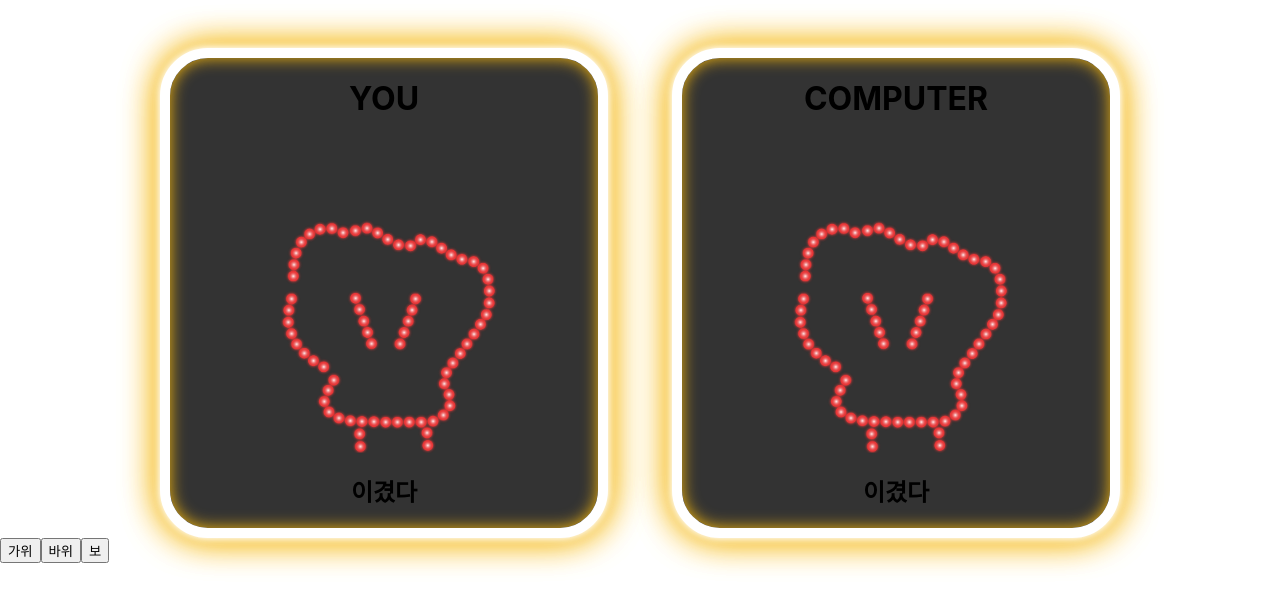
Repository: KIMMIHYE12/classComponent
Page: /
The author's editor kept a copy of each file at every save. The page is drawn from the files as they stood at one save, then again after the next save.
The browser window is 1280 px wide. The pictures show the whole page.
The project was rebuilt for these pictures with package versions that can differ from the ones it lists, and the page was loaded fresh each time.

Above is the page before, as saved 2024-03-18 21:02:43.

After the next save:
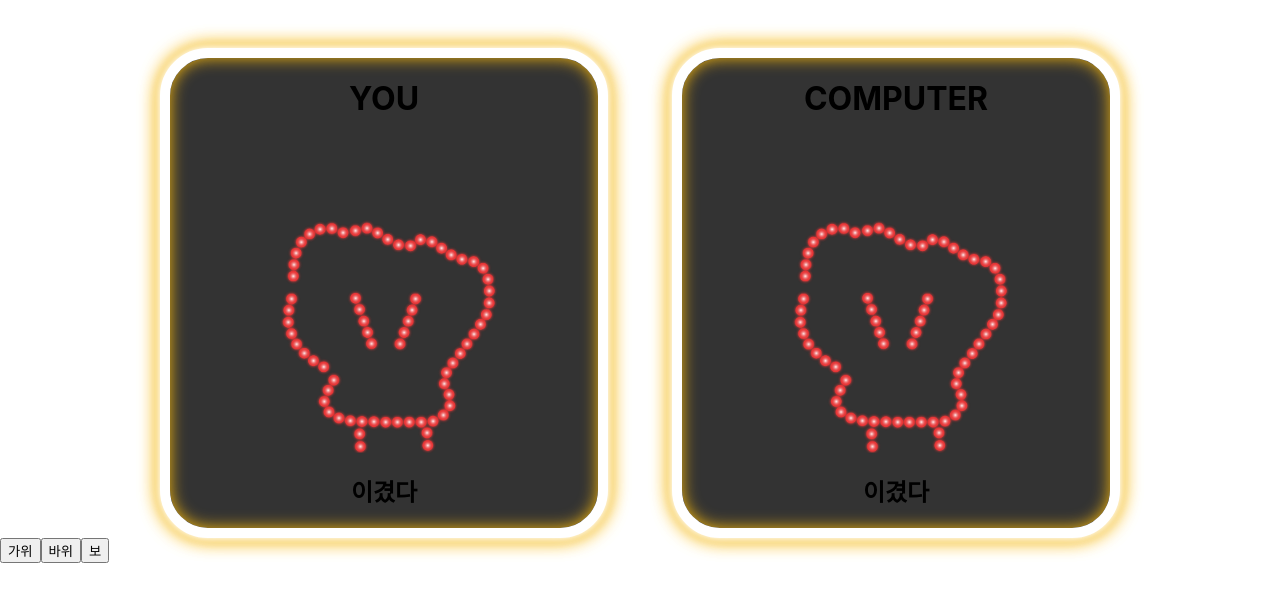
Saved 7 s later.
--- a/src/App.css
+++ b/src/App.css
@@ -19,8 +19,8 @@
   border: 10px solid #fff;
   background: #333;
   border-radius: 3rem;
-  box-shadow: 0 0 10px #fff, 0 0 10px #fff, 0 0 36px #f5b70c, 0 0 8px #f5b70c,
-    0 0 36px #f5b70c, inset 0 0 16px #f5b70c;
+  box-shadow: 0 0 10px #fff, 0 0 10px #fff, 0 0 20px #f5b70c, 0 0 8px #f5b70c,
+    0 0 20px #f5b70c, inset 0 0 16px #f5b70c;
 }
 img {
   width: 70%;
